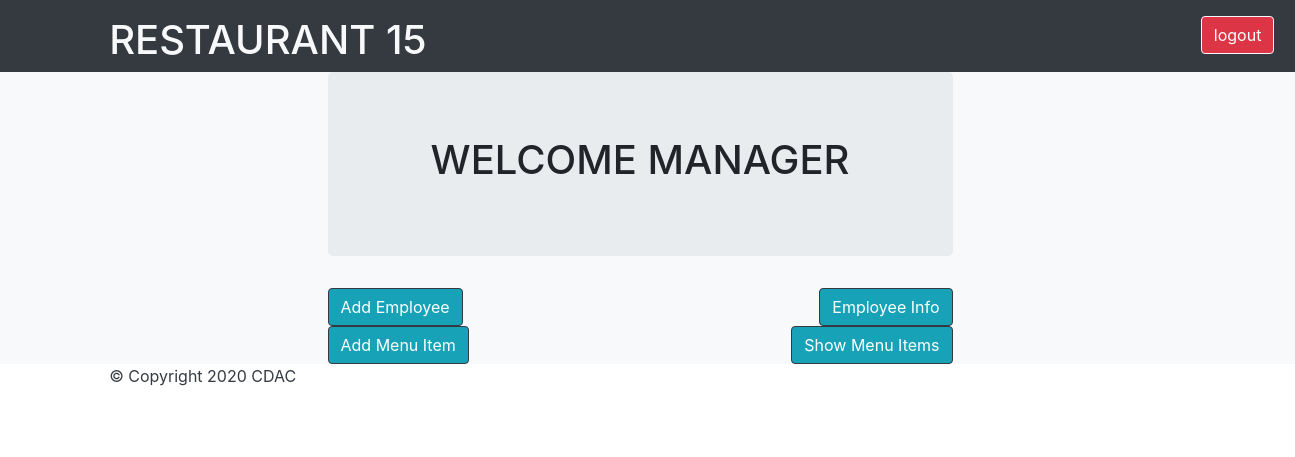
Repository: Pedaxx-IT-solution/E-Waiter-Stuff-
Page: http://localhost/ProjectEwaiter/WEB-INF/views/welcomemgr.jsp
These files come from the project's save history. The page is drawn as it stood at one moment and after the next save; the edit follows.
The browser window is 1280 px wide. The page is 1295 px wide, so the pictures cover 1295 px, including what lies to the right of the window. The pictures show the whole page.
The page is served by Tomcat 9. Nobody is signed in. Other server files are loaded and not shown. The template is opened directly, without the code that normally fills it, so the values that code supplies are empty.

Above is the page before, as saved 2020-01-25 22:54:57.

### MyProject/ProjectEwaiter/src/main/webapp/WEB-INF/views/welcomemgr.jsp
<%@ taglib uri="http://java.sun.com/jsp/jstl/core" prefix="c" %>

<html>
<head>
<meta charset="ISO-8859-1">
<title>MANAGER WELCOME</title>
<link
	href="https://stackpath.bootstrapcdn.com/bootstrap/4.4.1/css/bootstrap.min.css"
	rel="stylesheet"
	integrity="sha384-Vkoo8x4CGsO3+Hhxv8T/Q5PaXtkKtu6ug5TOeNV6gBiFeWPGFN9MuhOf23Q9Ifjh"
	crossorigin="anonymous">
</head>
<body>

<%
response.setHeader("Cache-Control", "no-cache,no-store,must-invalidate");
response.setHeader("Pragma", "no-cache");
response.setHeader("Expires", "0");
%>
	<div class="container-flud  ">

		<div class="row bg-dark pt-3">
				<div class="col-1 "></div>
				<div class="col-10  text-light ">
					<h1>RESTAURANT 15</h1>
				</div>
				<div class="col-1 text-light">
					<a href="/user/logout" class="btn btn-danger border-light" role="button">logout</a>
				</div>
		</div>

		<div class="row bg-light">
			<div class="col-3"></div>
			<div class="col-6" align="center">
				<div class="jumbotron">
					<h1>WELCOME MANAGER</h1>
				</div>
			</div>
			<div class="col-3"></div>
		</div>



		<div class="row bg-light mt-6">
			<div class="col-3"></div>
			<div class="col-3">

					<a href="/user/register" class=" btn btn-info border-dark" role="button">Add Employee</a>

			</div>

			<div class=" col-3 text-right">

					<a href="/user/showemp" class=" btn btn-info border-dark" role="button">Employee Info</a>
			</div>
			<div class="col-3"></div>

		</div>




		<div class="row bg-light mt-6">
			<div class="col-3"></div>
			<div class="col-3">

							<a href="/user/menu/addMenu" class=" btn btn-info border-dark" role="button">Add Menu Item</a>

			</div>

			<div class=" col-3 text-right">

							<a href="/user/menu/showMenu" class="btn btn-info border-dark" role="button">Show Menu Items</a>
			</div>
			<div class="col-3"></div>

		</div>






		<div class="row ">
			<div class="col-1 "></div>
			<div class="col-11 text-dark ">
				<footer>&copy; Copyright 2020 CDAC</footer>
			</div>
		</div>
	</div>

</body>
</html>

After the next save:
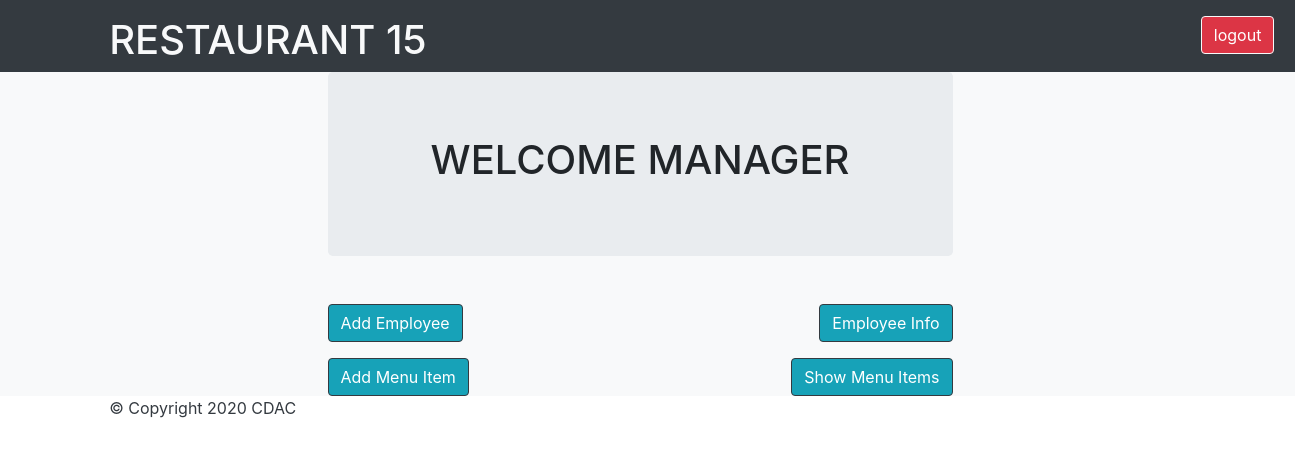
Saved 27 s later.
--- a/MyProject/ProjectEwaiter/src/main/webapp/WEB-INF/views/welcomemgr.jsp
+++ b/MyProject/ProjectEwaiter/src/main/webapp/WEB-INF/views/welcomemgr.jsp
@@ -41,17 +41,17 @@ response.setHeader("Expires", "0");
 
 
 
-		<div class="row bg-light mt-6">
+		<div class="row bg-light">
 			<div class="col-3"></div>
 			<div class="col-3">
 
-					<a href="/user/register" class=" btn btn-info border-dark" role="button">Add Employee</a>
+					<a href="/user/register" class="mt-3 btn btn-info border-dark" role="button">Add Employee</a>
 
 			</div>
 
 			<div class=" col-3 text-right">
 
-					<a href="/user/showemp" class=" btn btn-info border-dark" role="button">Employee Info</a>
+					<a href="/user/showemp" class="mt-3 btn btn-info border-dark" role="button">Employee Info</a>
 			</div>
 			<div class="col-3"></div>
 
@@ -60,17 +60,17 @@ response.setHeader("Expires", "0");
 
 
 
-		<div class="row bg-light mt-6">
+		<div class="row bg-light">
 			<div class="col-3"></div>
 			<div class="col-3">
 
-							<a href="/user/menu/addMenu" class=" btn btn-info border-dark" role="button">Add Menu Item</a>
+							<a href="/user/menu/addMenu" class="mt-3 btn btn-info border-dark" role="button">Add Menu Item</a>
 
 			</div>
 
 			<div class=" col-3 text-right">
 
-							<a href="/user/menu/showMenu" class="btn btn-info border-dark" role="button">Show Menu Items</a>
+							<a href="/user/menu/showMenu" class="mt-3 btn btn-info border-dark" role="button">Show Menu Items</a>
 			</div>
 			<div class="col-3"></div>
 
